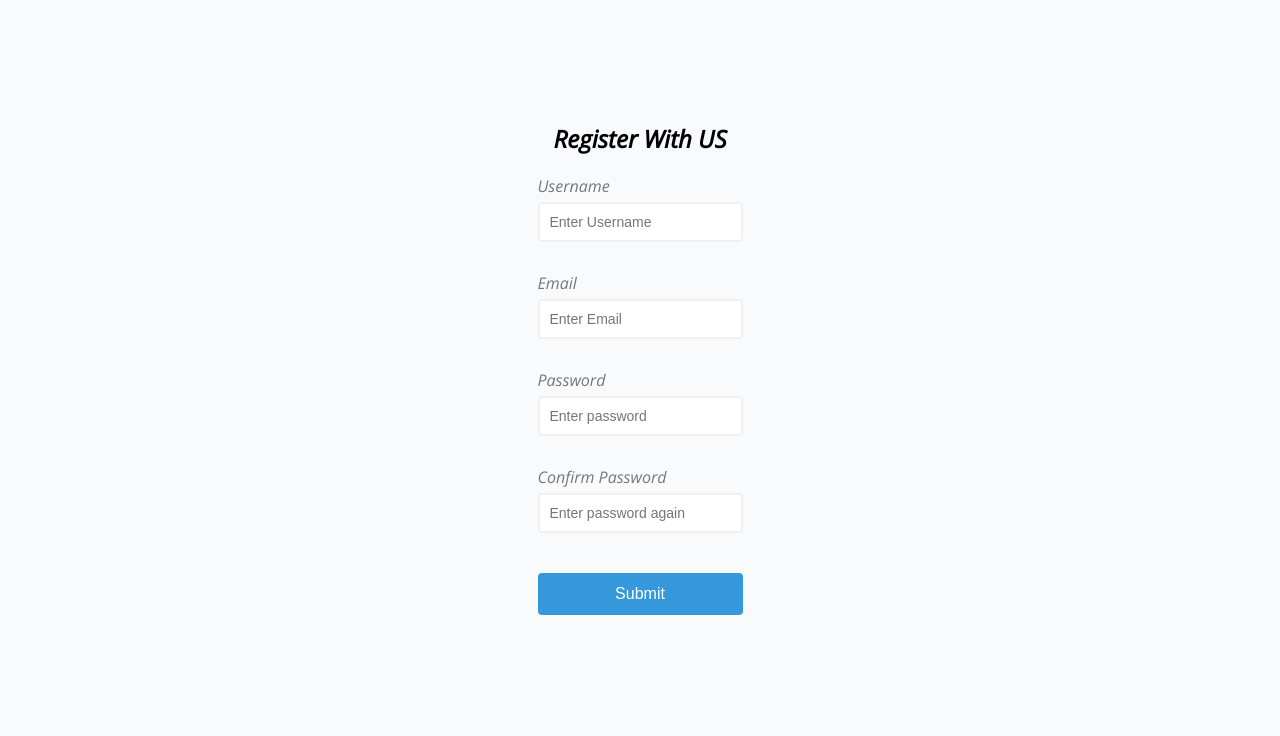
Repository: Izaya171/programming
Page: musicPlayer/index.html
These files come from the project's save history. The page is drawn as it stood at one moment and after the next save; the edit follows.
The browser window is 1280 px wide. The pictures show the whole page.

Above is the page before, as saved 2021-09-18 12:31:50.

After the next save:
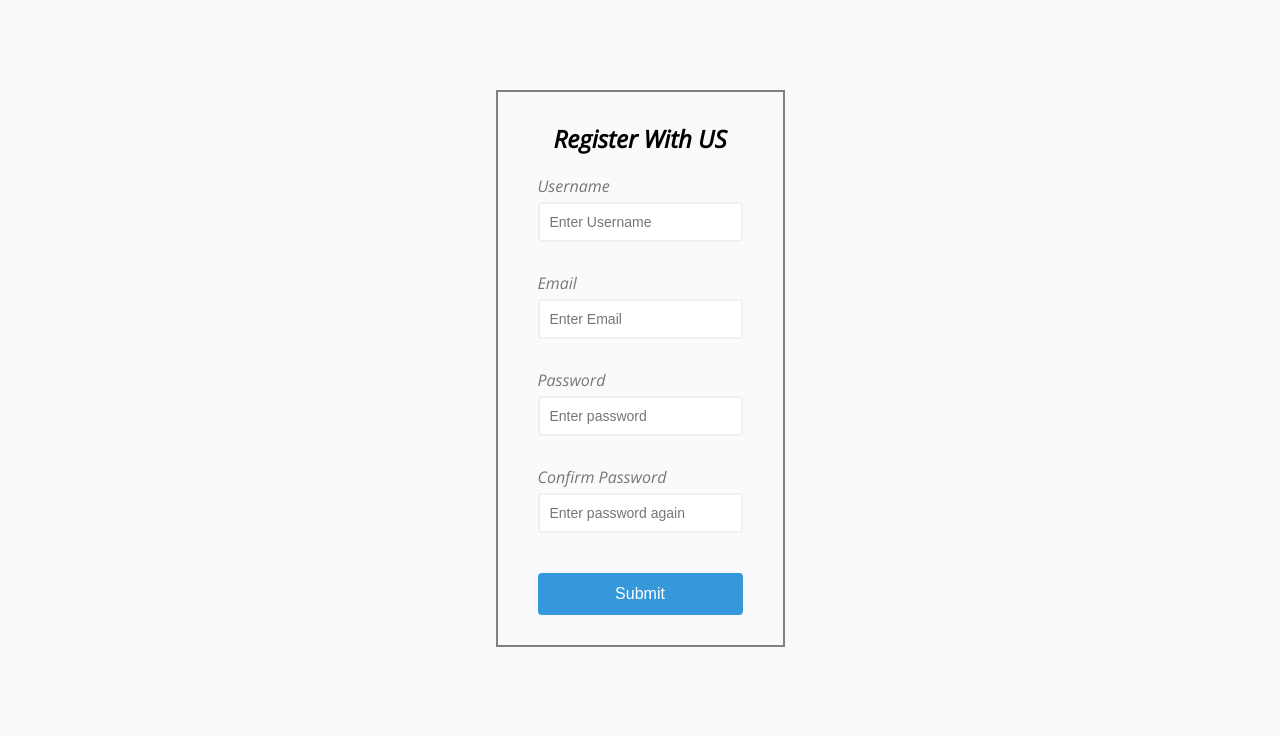
Saved 51 s later.
--- a/musicPlayer/styles.css
+++ b/musicPlayer/styles.css
@@ -31,10 +31,10 @@ h2 {
 
 .form {
     padding: 30px 40px;
+    border: 2px solid grey;
 }
 
 .form-control {
-    color: red;
     margin-bottom: 10px;
     padding-bottom: 20px;
     position: relative;
